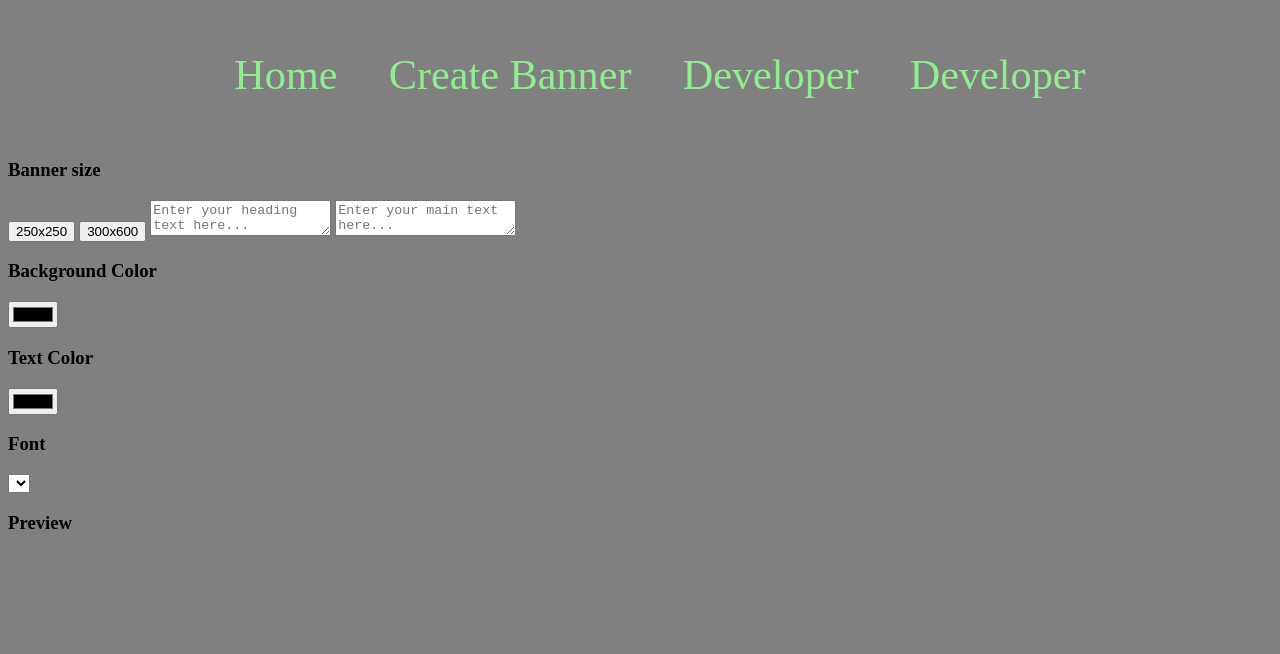
Repository: Yuravolontir/--Baner-Editor--
Page: banner.html
An editor plug-in stored every save of this project. The page is shown before and after the next save, followed by the edit.
The browser window is 1280 px wide. The pictures show the whole page.

Above is the page before, as saved 2025-07-15 19:24:06.

After the next save:
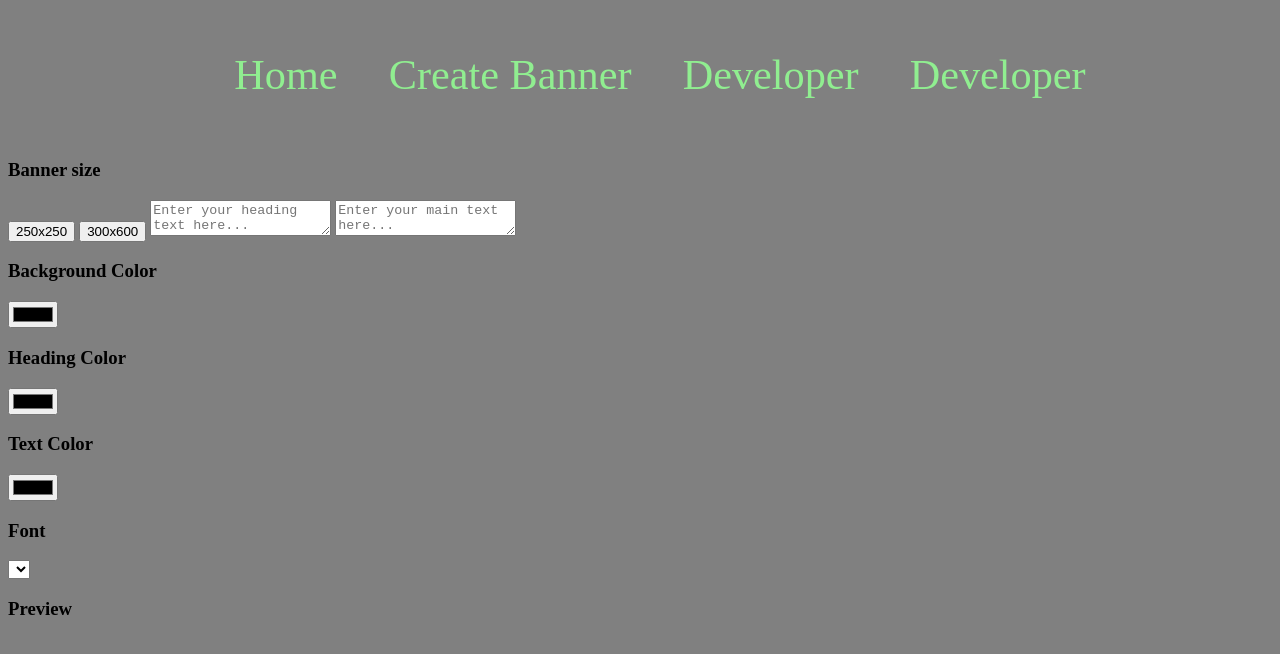
Saved 68 s later.
--- a/banner.html
+++ b/banner.html
@@ -26,8 +26,13 @@
 <textarea id="bannerText" placeholder="Enter your main text here..."></textarea>
 <h3>Background Color</h3>
 <input type="color" id="BackgroundColor">
+
+<h3>Heading Color</h3>
+<input type="color" id="HeadingColor">
+
 <h3>Text Color</h3>
 <input type="color" id="TextColor">
+
 <h3>Font</h3>
 <select id="font"></select>
 </div>
